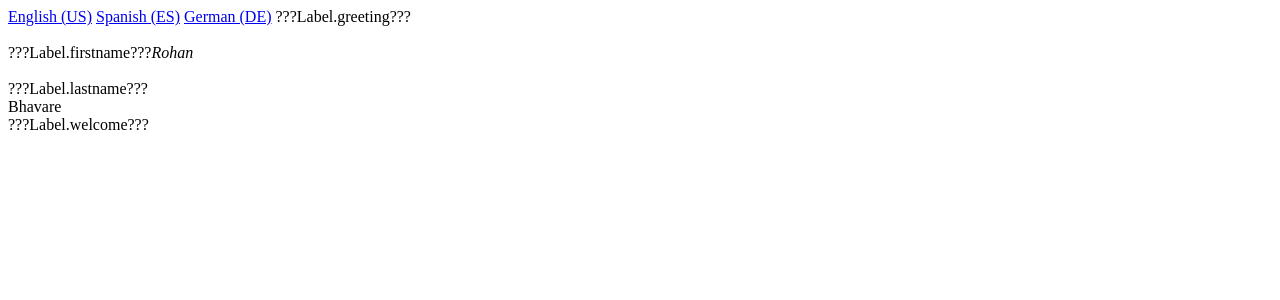
Repository: rohanbhavare1234/BikeServiceWorkspace
Page: http://localhost/tag1demo/i18n-messages-test.jsp?theLocale=en_US
An editor plug-in stored every save of this project. The page is shown before and after the next save, followed by the edit.
The browser window is 1280 px wide. The pictures show the whole page.
The page is served by Tomcat 9. Other server files are loaded and not shown.

Above is the page before, as saved 2023-04-12 19:28:38.

### eclipse-workspace/tag1demo/WebContent/i18n-messages-test.jsp
<%@ taglib uri="http://java.sun.com/jsp/jstl/core" prefix="c" %>

<%@ taglib uri="http://java.sun.com/jsp/jstl/fmt" prefix="fmt" %>
<c:set var="theLocale"

value="${not empty param.theLocale ? param.Locale : pageContext.request.locale}"
scope="session" />

<html>
<body>

<a href="i18n-messages-test.jsp?theLocale=en_US">English (US)</a>

<a href="i18n-messages-test.jsp?theLocale=en_ES">Spanish (ES)</a>

<a href="i18n-messages-test.jsp?theLocale=de_DE">German (DE)</a>


<fmt:message key="Label.greeting"/> <br/><br/>

<fmt:message key="Label.firstname"/><i>Rohan</i> <br/><br/>

<fmt:message key="Label.lastname"/> <br/>Bhavare<br/>

<fmt:message key="Label.welcome"/> <br/><br/>

</body>
</html>

After the next save:
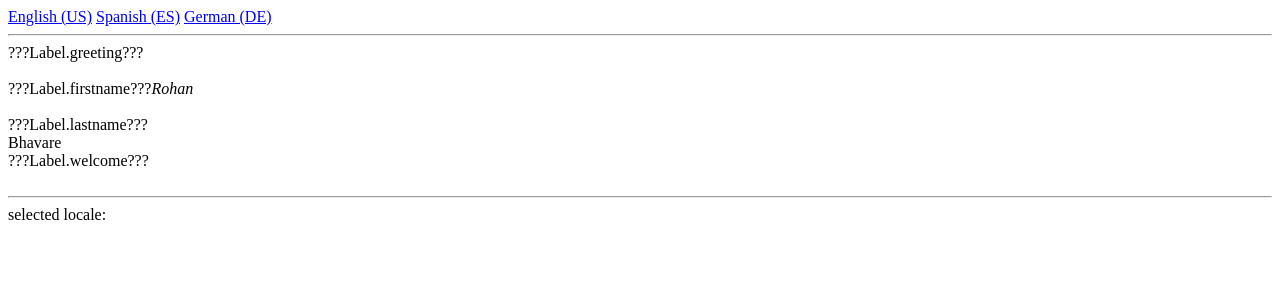
Saved 2 min 38 s later.
--- a/eclipse-workspace/tag1demo/WebContent/i18n-messages-test.jsp
+++ b/eclipse-workspace/tag1demo/WebContent/i18n-messages-test.jsp
@@ -5,6 +5,8 @@
 
 value="${not empty param.theLocale ? param.Locale : pageContext.request.locale}"
 scope="session" />
+
+<fmt:setBundle basename="com.rohan.jsp.tagdemo.i18n.resources.mylabels" />
 
 <html>
 <body>
@@ -15,6 +17,7 @@ scope="session" />
 
 <a href="i18n-messages-test.jsp?theLocale=de_DE">German (DE)</a>
 
+<hr>
 
 <fmt:message key="Label.greeting"/> <br/><br/>
 
@@ -24,5 +27,9 @@ scope="session" />
 
 <fmt:message key="Label.welcome"/> <br/><br/>
 
+<hr>
+
+selected locale:${theLocale }
+
 </body>
 </html>
